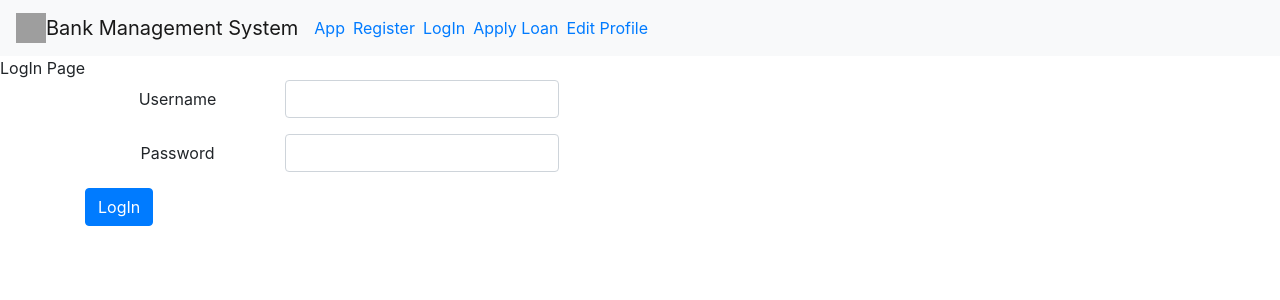
Repository: Nilkumar-Sharma/Bank-Management-System-Frontend-React
Page: /login
The author's editor kept a copy of each file at every save. The page is drawn from the files as they stood at one save, then again after the next save.
The browser window is 1280 px wide. The pictures show the whole page.
Pictures or frames that could not be fetched are drawn as grey boxes. The project was rebuilt for these pictures with package versions that can differ from the ones it lists, and the page was loaded fresh each time. Also part of the build but not shown: src/App.css, src/Counter/Counter.js, src/App.js, src/components/Register/Register.module.scss, src/components/Register/Register.js, src/components/LogIn/LogIn.module.scss, src/components/Loan/Loan.module.scss, src/components/Loan/Loan.js and 1 more.

Above is the page before, as saved 2020-07-28 13:50:23.

After the next save:
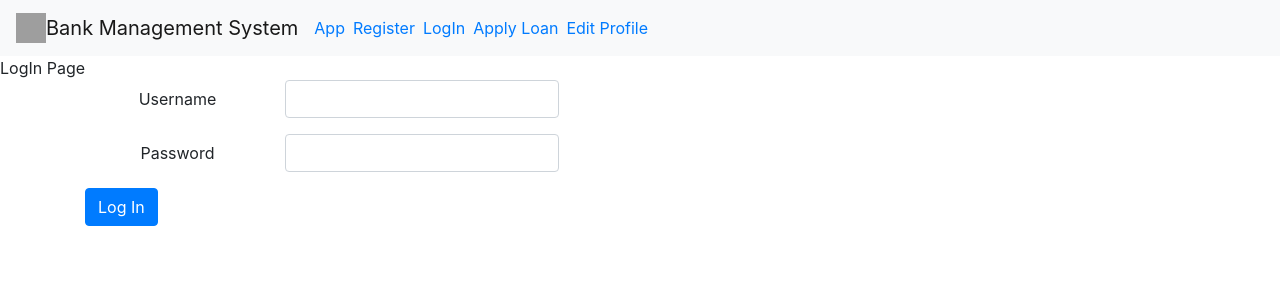
Saved 42 s later.
--- a/src/components/LogIn/LogIn.js
+++ b/src/components/LogIn/LogIn.js
@@ -30,7 +30,7 @@ class LogIn extends Component{
                 <InputField Label="Dob"></InputField>
                 <InputField Label="Account Type"></InputField> */}
 
-                <MyButton label="LogIn"></MyButton>
+                <MyButton label="Log In"></MyButton>
 
 
 
